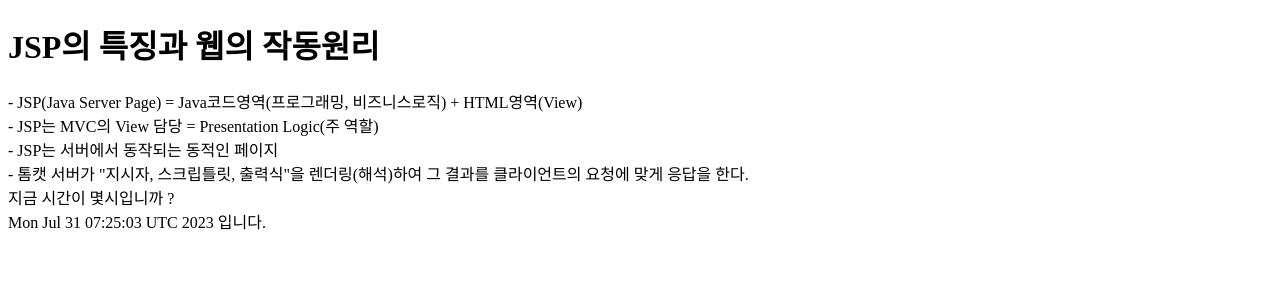
Repository: ainokks071/ServletJSP
Page: http://localhost/WEB/time.jsp
These files come from the project's save history. The page is drawn as it stood at one moment and after the next save; the edit follows.
The browser window is 1280 px wide. The pictures show the whole page.
The page is served by Tomcat 9. Other server files are loaded and not shown.

Above is the page before, as saved 2023-08-01 08:16:36.

### WEB/webapp/time.jsp
<%-- <%@ 지시자 %> --%>
<%@ page language="java" contentType="text/html; charset=UTF-8"
    pageEncoding="UTF-8"%>
<!-- servlet-api.jar BuildPath에 라이브러리 추가해줄 것.(웹용 API에 의해 인식) -->
<%@ page import="java.util.Date" %>
<!-- 컴파일된 .class파일의 저장위치 변경 : WEB/webapp/WEB-INF/classes -->
<%-- <% 스크립틀릿 %> : 자바코드영역 --%>
<% Date d = new Date(); %>


<!DOCTYPE html>
<html>
<head>
<meta charset="UTF-8">
<title>Insert title here</title>
</head>

<body>
<h1>JSP의 특징과 웹의 작동원리</h1>
- JSP(Java Server Page) = Java코드영역(프로그래밍, 비즈니스로직) + HTML영역(View) <br>
- JSP는 MVC의 View 담당 = Presentation Logic(주 역할)<br>
- JSP는 서버에서 동작되는 동적인 페이지<br>
- 톰캣 서버가 "지시자, 스크립틀릿, 출력식"을 렌더링(해석)하여 그 결과를 클라이언트의 요청에 맞게 응답을 한다.<br>

지금 시간이 몇시입니까 ? <br>
<%-- <%= 출력식 %> --%>
<%= d.toString() %> 입니다.
</body>

</html>

After the next save:
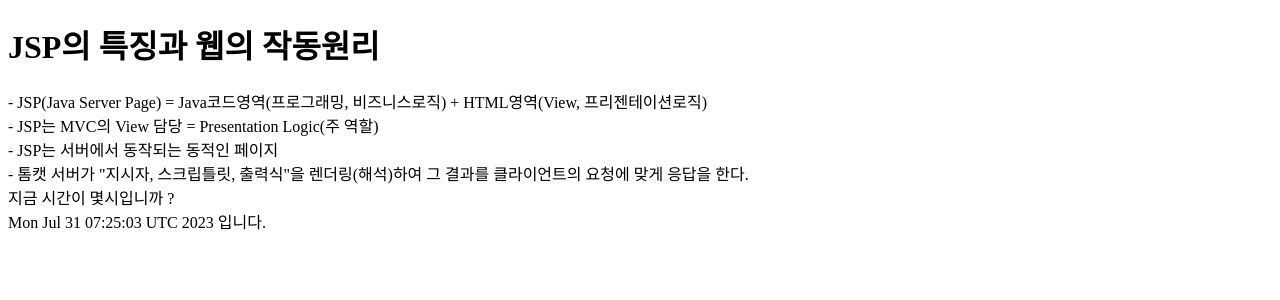
Saved 5 s later.
--- a/WEB/webapp/time.jsp
+++ b/WEB/webapp/time.jsp
@@ -17,7 +17,7 @@
 
 <body>
 <h1>JSP의 특징과 웹의 작동원리</h1>
-- JSP(Java Server Page) = Java코드영역(프로그래밍, 비즈니스로직) + HTML영역(View) <br>
+- JSP(Java Server Page) = Java코드영역(프로그래밍, 비즈니스로직) + HTML영역(View, 프리젠테이션로직) <br>
 - JSP는 MVC의 View 담당 = Presentation Logic(주 역할)<br>
 - JSP는 서버에서 동작되는 동적인 페이지<br>
 - 톰캣 서버가 "지시자, 스크립틀릿, 출력식"을 렌더링(해석)하여 그 결과를 클라이언트의 요청에 맞게 응답을 한다.<br>
